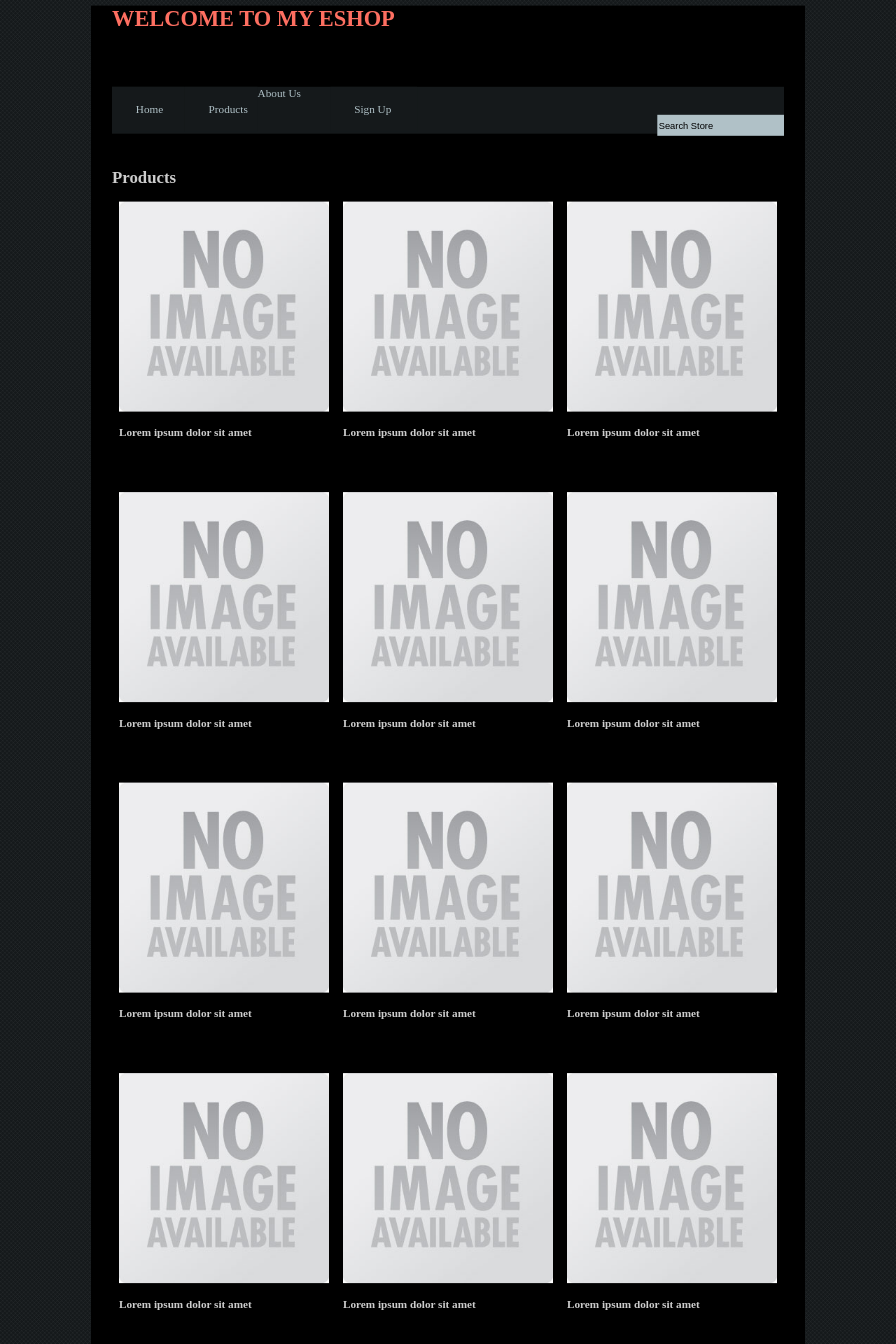
Repository: smugfox/ecommerce_project
Page: galaxies.html
The author's editor kept a record of every edit. The page is drawn from the files as they stood at one moment, then again after the next edit.
The browser window is 1280 px wide. The pictures show the part of the page from y = 0 to 1920 px (the page is 2228 px tall before and 4964 px after), at 70% of full size.

Above is the page before.

### galaxies.html
<!DOCTYPE html>
<html>
    <head>
        <title>Eshop</title>
        <link rel="stylesheet" type="text/css" href="css/galaxies.css" />
    </head>
    <body>
        <!--CONTAINER-->
        <div id="container">
          <!--HEADER-->
          <div id=header>
            <div class="header_cart">

                <div id="logo">
                    <h1><a href="#">WELCOME TO MY ESHOP</a></h1>
                </div>
                <!--END LOGO-->
            </div>
          </div>
          <!--END HEADER-->
          <!--NAV-->
          <div id="nav">
              <!--SEARCH-->
              <form method="get" action="search">
                  <input type="text" value placeholder="Search Store" class="field" id="q">
              </form>
              <!--END SEARCH-->
              <ul>
                  <li>
                      <a href="index.html" class="home">Home</a>
                  </li>
                  <li>
                      <a href="galaxies.html" class="products">Products</a>
                  </li>
                  <li>
                      <a href="about_us.html" class="about_us">About Us</a>
                  </li>
                  <li>
                      <a href="signup.html" class="sign_up">Sign Up</a>
                  </li>
              </ul>
            </div>
            <!--END NAV-->
            <!--MAIN-->
              <div id="main">
                <h2>Products</h2>
                <!--PRIMARY-->
                <div id="primary">
                    <!--CONTENT-->
                    <!--LARGE PRODUCT PICTURES-->
                    <div class="large_products">
                      <div class="cell_row_left">
                        <div class="cell">
                          <div class="cell_image">
                          <img src="img/ni.jpg"></div>
                          <div class="cell_description"><h4>Lorem ipsum dolor sit amet</h4></div>
                        </div>
                      </div>
                    </div>
                    <div class="large_products">
                      <div class="cell_row_mid">
                        <div class="cell">
                          <div class="cell_image">
                          <img src="img/ni.jpg"></div>
                          <div class="cell_description"><h4>Lorem ipsum dolor sit amet</h4></div>
                        </div>
                      </div>
                    </div>
                    <div class="large_products">
                      <div class="cell_row_right">
                        <div class="cell">
                          <div class="cell_image">
                          <img src="img/ni.jpg"></div>
                          <div class="cell_description"><h4>Lorem ipsum dolor sit amet</h4></div>
                        </div>
                      </div>
                    </div>
                    <div class="large_products">
                      <div class="cell_row_left">
                        <div class="cell">
                          <div class="cell_image">
                          <img src="img/ni.jpg"></div>
                          <div class="cell_description"><h4>Lorem ipsum dolor sit amet</h4></div>
                        </div>
                      </div>
                    </div>
                    <div class="large_products">
                      <div class="cell_row_mid">
                        <div class="cell">
                          <div class="cell_image">
                          <img src="img/ni.jpg"></div>
                          <div class="cell_description"><h4>Lorem ipsum dolor sit amet</h4></div>
                        </div>
                      </div>
                    </div>
                    <div class="large_products">
                      <div class="cell_row_right">
                        <div class="cell">
                          <div class="cell_image">
                          <img src="img/ni.jpg"></div>
                          <div class="cell_description"><h4>Lorem ipsum dolor sit amet</h4></div>
                        </div>
                      </div>
                    </div>
                    <div class="large_products">
                      <div class="cell_row_left">
                        <div class="cell">
                          <div class="cell_image">
                          <img src="img/ni.jpg"></div>
                          <div class="cell_description"><h4>Lorem ipsum dolor sit amet</h4></div>
                        </div>
                      </div>
                    </div>
                    <div class="large_products">
                      <div class="cell_row_mid">
                        <div class="cell">
                          <div class="cell_image">
                          <img src="img/ni.jpg"></div>
                          <div class="cell_description"><h4>Lorem ipsum dolor sit amet</h4></div>
                        </div>
                      </div>
                    </div>
                    <div class="large_products">
                      <div class="cell_row_right">
                        <div class="cell">
                          <div class="cell_image">
                          <img src="img/ni.jpg"></div>
                          <div class="cell_description"><h4>Lorem ipsum dolor sit amet</h4></div>
                        </div>
                      </div>
                    </div>
                    <div class="large_products">
                      <div class="cell_row_left">
                        <div class="cell">
                          <div class="cell_image">
                          <img src="img/ni.jpg"></div>
                          <div class="cell_description"><h4>Lorem ipsum dolor sit amet</h4></div>
                        </div>
                      </div>
                    </div>
                    <div class="large_products">
                      <div class="cell_row_mid">
                        <div class="cell">
                          <div class="cell_image">
                          <img src="img/ni.jpg"></div>
                          <div class="cell_description"><h4>Lorem ipsum dolor sit amet</h4></div>
                        </div>
                      </div>
                    </div>
                    <div class="large_products">
                      <div class="cell_row_right">
                        <div class="cell">
                          <div class="cell_image">
                          <img src="img/ni.jpg"></div>
                          <div class="cell_description"><h4>Lorem ipsum dolor sit amet</h4></div>
                        </div>
                      </div>
                    </div>
                    <!--END OF LARGE PRODUCT PICTURES-->
                </div>
              </div>
              <!--END MAIN-->
              <!--FOOTER-->
              <div id="footer">
                <div id="footer_left">
                    <h3>About Us</h3>
                    <p>Lorem ipsum dolor sit amet, consectetur adipiscing elit.
                    Donec egestas purus malesuada sem feugiat, et mollis tortor
                    pharetra. Quisque imperdiet ut diam vel ullamcorper</p>
                    <p>Phone: 555-555-5555
                    <br>
                       Email: test@test.com
                    </p>
                </div>
                <div id="footer_mid">
                    <h3>Pament &amp Shipping</h3>
                    <ul>
                        <li class="paypal"><img src="img/paypal.png"></li>
                        <li class="visa"><img src="img/visa.png"></li>
                        <li class="mastercard"><img src="img/mastercard.png"></li>
                        <li class="ae"><img src="img/ax.png"></li>
                    </ul>
                </div>
              </div>
              <!--END OF FOOTER-->
        </div>
        <!--END OF CONTAINER-->
    </body>
</html>

### css/galaxies.css
body {
    background-image: url("../img/bg.png");
    background-color: #15191b;
    color:#ccc;
}

ul {
    list-style-type: none;
    line-height:20px;
}

a {
    text-decoration:none;
    color:#fe6f61;
}
a:visited {
    color:#fe6f61;
}


table, th, td{
    border: 1px solid white ;
}


table {
  border-collapse: collapse;
  width: 100%;
}


#container {
    width:1020px;
    margin:auto;
    background-color:#000;
}

#sidebar {
    width: 250px;
    height: 90px;
    float:right;
    margin-right:30px;
}

#header {

    width:960px;
    height:100px;
    margin:auto;
    display:block;
}

#logo {
    width:960px;
    height: 100px;
    margin:auto;
    display:block;
}

#logo h1 {
    margin:0;
}

#logo img {
    width:580px;
}

#nav {
    width:960px;
    height:67px;
    margin:0 30px 30px 30px;
    display:block;
    background-color:#15191b;
}

#nav form {
    border:none;
    margin-right:0;
    float:right;
    margin-top:20px;
}

#nav ul {
    width:745px;
    padding:0;
}

#nav ul li {
    width:104px;
    height:64px;
    float:left;
    display:block;
}

#nav ul li a {
    color:#b0c1c7;
}

a:visited {
    color:#fe6f61;
}

input.reg {
    border:0;
    padding: 5px;
    background-color:#B0C1C7
}

input.button {
    margin-top:5px;
    background-color:#fe6f61;
    border:none;
    color:#fff;
    font-weight:bold;
    padding:10px;
    border-radius:4px;
}

#go {
    width:18px;
    height:18px;
    padding:1px;
    float:right;
    margin-top:20px;
    padding:6px;
    background-color:#B0C1C7;
}

#q {
    margin-left:0;
    border:none;
    margin-right:0;
    float:right;
    margin-top:20px;
    border:none;
    background-color:#B0C1C7;
    height:28px;
}

::-webkit-input-placeholder {
   margin-left:2px;
   color: #000;
}

.home {
    width:36px;
    height:20px;
    padding:22px 34px;
    float:left;
    background-color:#15191b;
}

.products {
    width:36px;
    height:20px;
    padding:22px 34px;
    float:left;
    background-color:#15191b;
}

.login {
    width:66px;
    height:20px;
    padding:22px 34px;
    float:left;
    background-color:#15191b;
}

.sign_up {
    width:56px;
    height:20px;
    padding:22px 34px;
    float:left;
    background-color:#15191b;
}

.logout {
    width:56px;
    height:20px;
    padding:22px 34px;
    float:left;
    background-color:#15191b;
}

.account {
    width:56px;
    height:20px;
    padding:22px 34px;
    float:left;
    background-color:#15191b;
}

#slider {
    width: 960px;
    margin: auto;
}

#main {
    width: 960px;
    display:table;
    margin:auto;
}

#cell_div {
    width: 960px;
    float:right;
    display:block;
}

.cell {
    width: 300px;
    height: 415px;
    float:left;
    margin: 0 10px 0 10px;
}

.cell_image {
    width: 300px;
    height: 300px;
}
.cell_image img {
    height: 300px;
    width: 300px;
    margin-bottom:0;
}

.cell_description_box {
    width:300px;
    height: 100px;
    margin-top:0;
    background-color:#1f2527;
}
.cell_description_box h4 {
    color:#fff;
}

.cell_description_box:hover {
    background-color: #fe6f61;
}

.description {
    width: 300px;
    height:68px;
}

.description h4 {
    width: 200px;
    padding: 15px 0 0 8px;
    margin-top:0;
    padding-top:40px;
}

.description p {
    font-weight:bold;
    float:right;
    margin-top:40px;
    color: #fff;
    padding: 10px;
    background-color:#fe6f61;
    border-radius:8px;
    margin-right: 5px;
}

.description p:hover {
    background-color:#fff;
}

#footer {
    width:910px;
    height:212px;
    margin:auto;
    display: block;
    background-color:#1f2527;
    padding: 28px 15px 8px 15px;
}

#footer_left {
    width:280px;
    float:left;
    margin-right:36px;
}

#footer_left h3 {
    color:#fff;
    margin: 0 0 22px 0;
}

#footer_left p {
    margin: 0 0 20px 0;
    height:84px;
}

#footer_mid {
    width: 300px;
    float:left;
}

#footer_mid h3 {
    color:#fff;
    margin: 0 0 22px 0;
}

#footer_mid ul {
    margin: 0 0 25px 0;
    padding-left:0;
}

#footer_mid ul li {
    float:left;
    margin:0 10px 0 0;
}

#footer_mid p {
    margin-top: 30px;
    margin-bottom:2px;
}
.copyright {

    width:910px;
    height:30px;
    margin-top: 10px;
}

After the next edit:
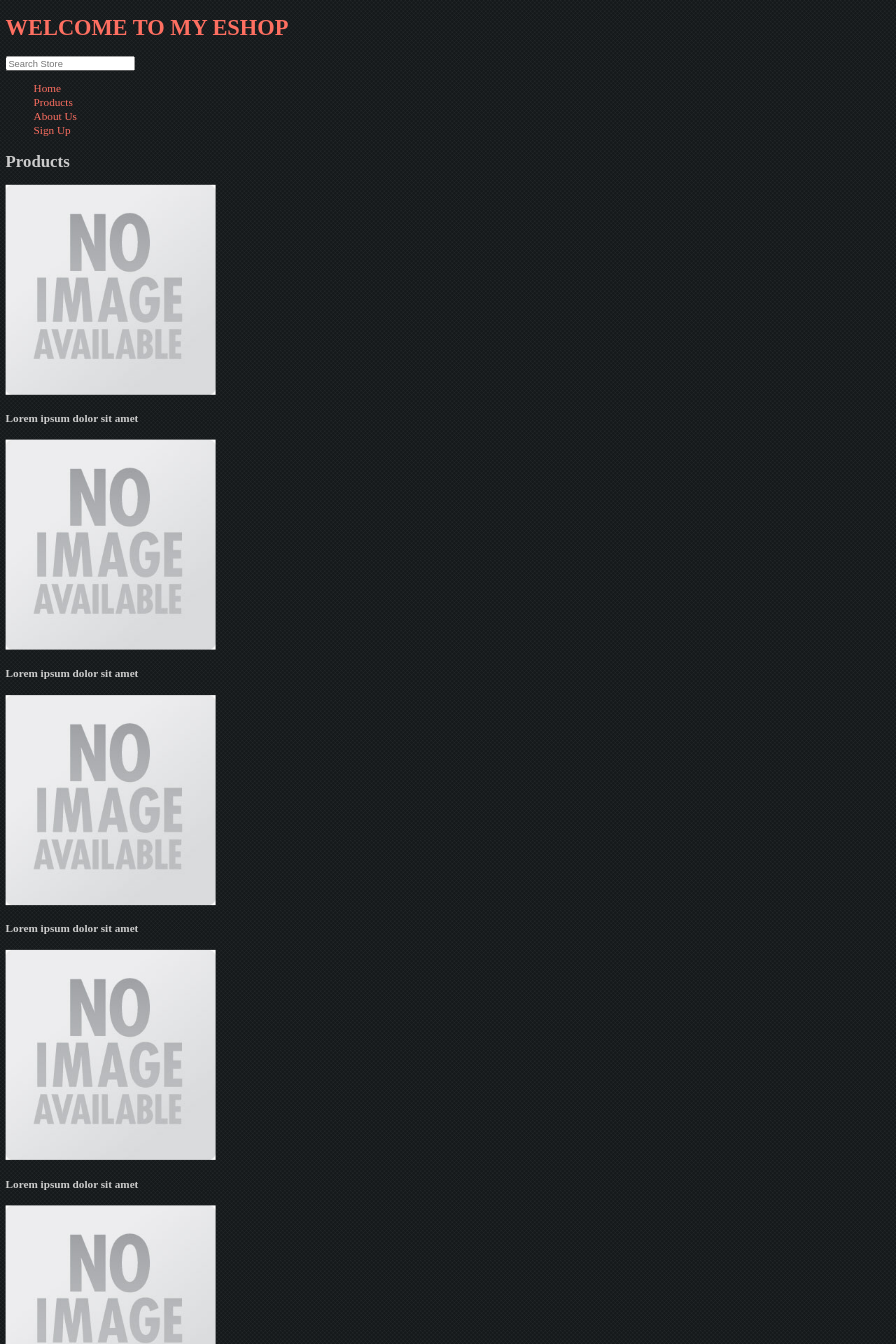
The edit:
--- a/css/galaxies.css
+++ b/css/galaxies.css
@@ -18,7 +18,7 @@
 }
 
 
-table, th, td{
+/*table, th, td{
     border: 1px solid white ;
 }
 

After the edit that followed:
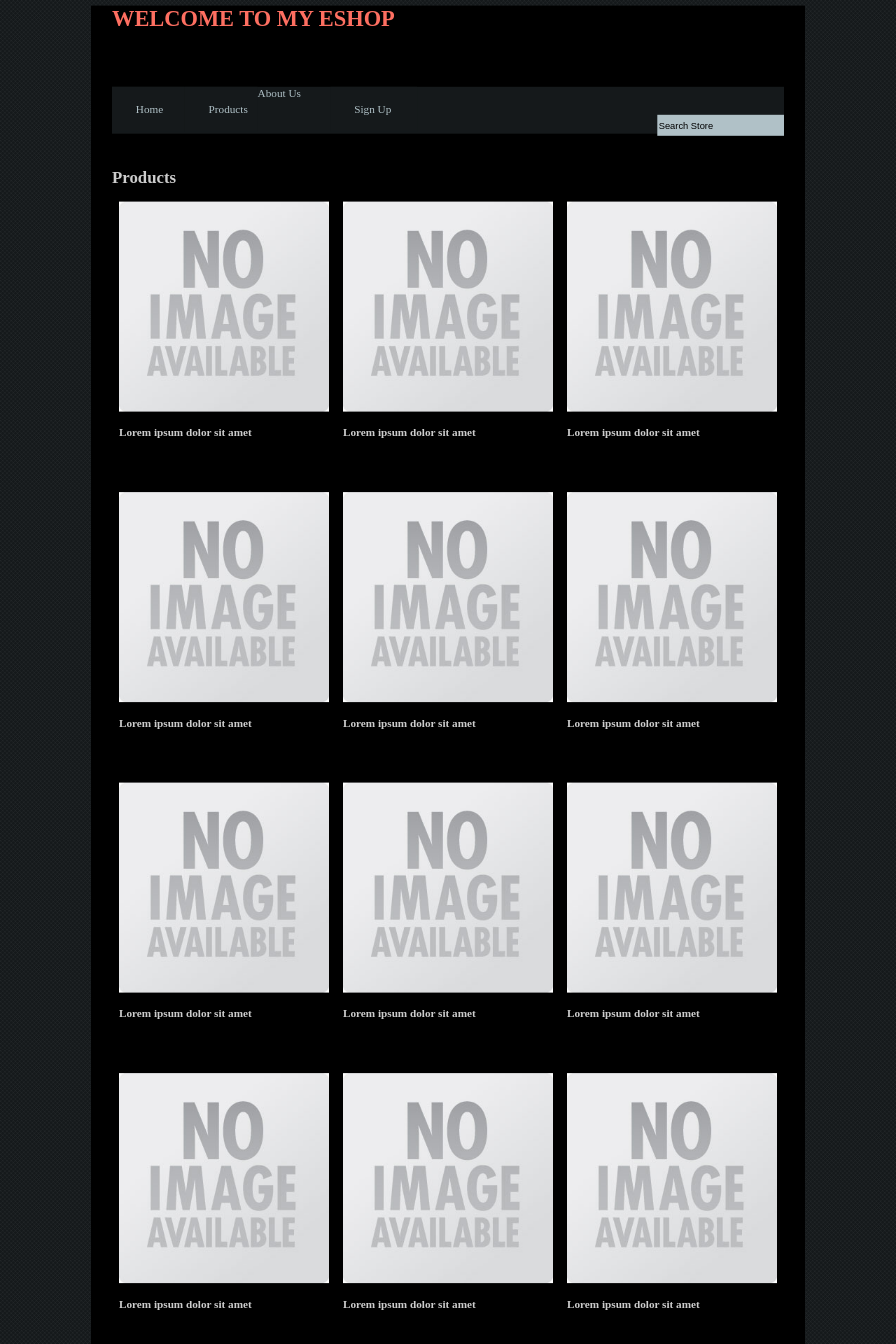
The edit:
--- a/css/galaxies.css
+++ b/css/galaxies.css
@@ -21,7 +21,7 @@
 /*table, th, td{
     border: 1px solid white ;
 }
-
+*/
 
 table {
   border-collapse: collapse;
